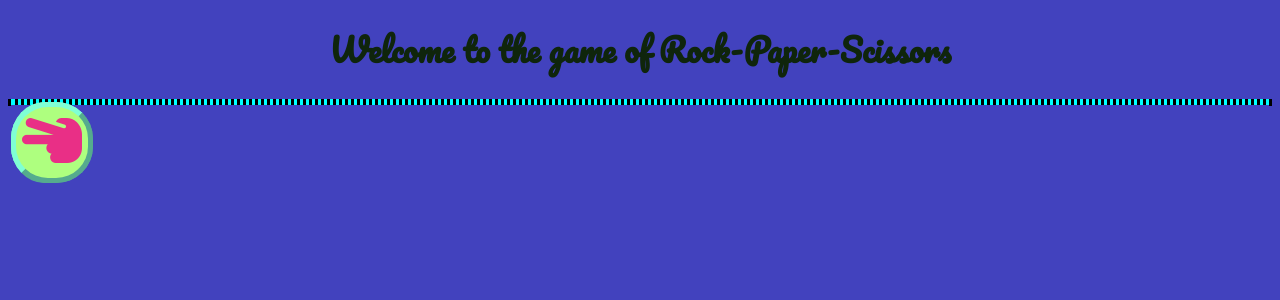
Repository: 0101chaitanya/Rock-Paper-Scissors
Page: index.html
An editor plug-in stored every save of this project. The page is shown before and after the next save, followed by the edit.
The browser window is 1280 px wide. The pictures show the whole page.
Some web libraries are served in a nearby version.

Above is the page before, as saved 2021-05-14 18:27:34.
Not found: linkk.js

After the next save:
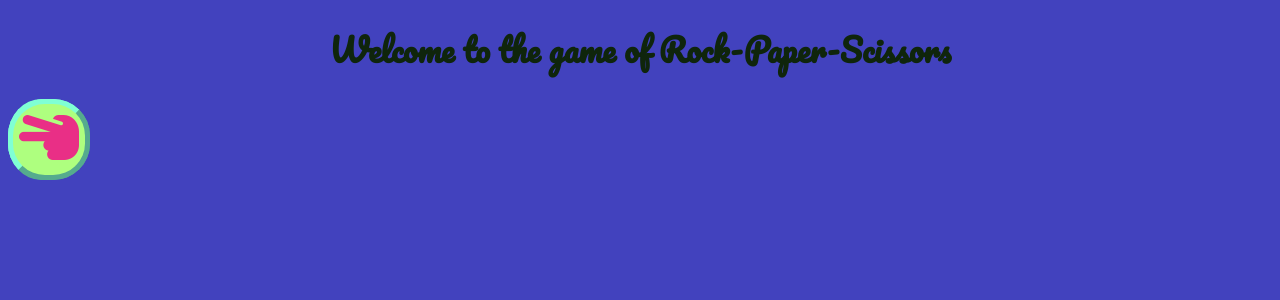
Saved 31 s later.
--- a/style.css
+++ b/style.css
@@ -7,7 +7,7 @@ background-color:rgb(66, 66, 190);
        text-align: center;
      color:rgb(15, 37, 12) ;
     }
-    div {
+    div #hold{
 border-style:dotted;
 background-color:aqua
     }
